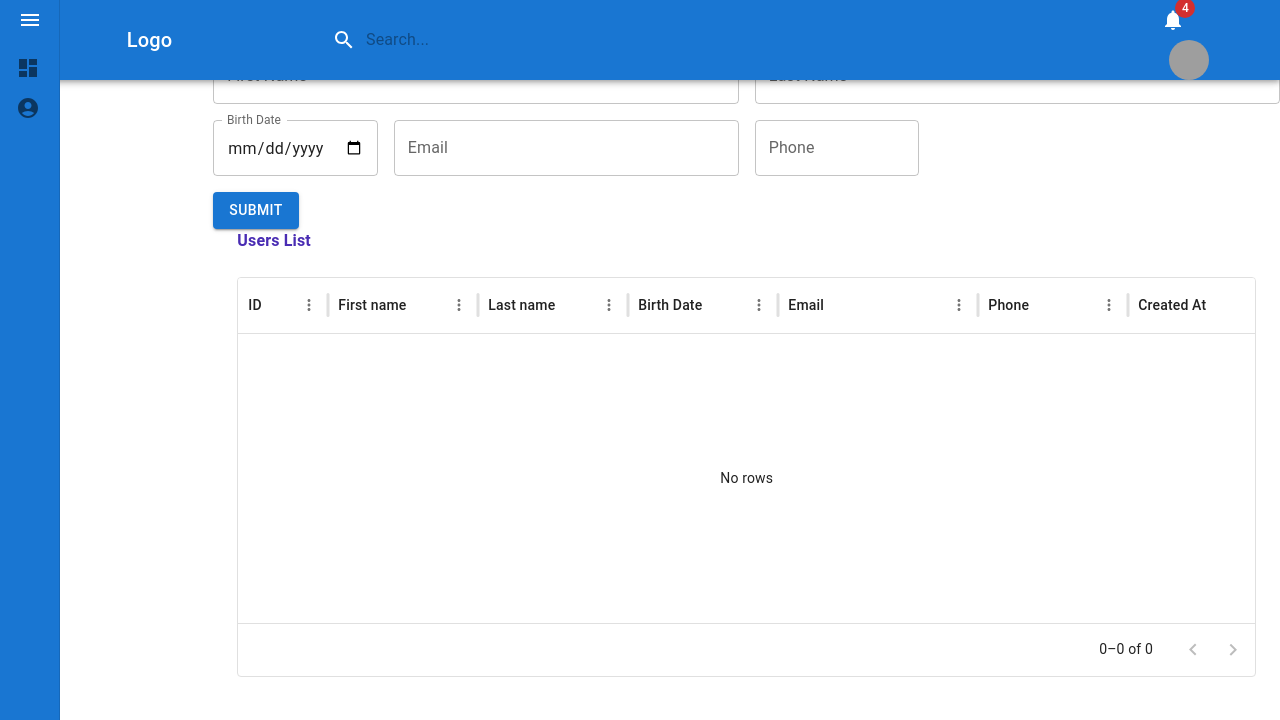
Repository: lenx0/front-client-manager
Page: /
The author's editor kept a copy of each file at every save. The page is drawn from the files as they stood at one save, then again after the next save.
The browser window is 1280 px wide. The pictures show the whole page.
Pictures or frames that could not be fetched are drawn as grey boxes. The page's requests for data from a server got no answer. The project was rebuilt for these pictures with package versions that can differ from the ones it lists, and the page was loaded fresh each time. No one was signed in, and anything a server would have sent is missing. Also part of the build but not shown: vite.config.js, src/App.css.

Above is the page before, as saved 2024-06-25 12:46:27.

### index.html
<!doctype html>
<html lang="en">
  <head>
    <meta charset="UTF-8" />
    <meta name="viewport" content="width=device-width, initial-scale=1.0" />
    <title>Client Manager</title>
  </head>
  <body>
    <div id="root"></div>
    <script type="module" src="/src/main.jsx"></script>
  </body>
</html>

### src/App.jsx
import { Box, Grid } from '@mui/material'
import './App.css'
import UserForm from './components/UserForm'
import UserList from './components/UserList'
import Header from './components/Layout/Header'
import Sidebar from './components/Layout/Sidebar'

function App() {

  return (
    <Grid container>
      <Grid item xs={12}>
        <Header />
      </Grid>
      <Grid item xs={2}>
        <Sidebar />
      </Grid>
      <Grid item xs={10}>
        <UserForm />
        <UserList />
      </Grid>
    </Grid>
  )
}

export default App

### src/components/UserForm.jsx
import React from 'react';
import { useForm } from 'react-hook-form';
import CustomInput from './CustomInput';
import { Button, Grid, Typography } from '@mui/material';
import axios from 'axios';

const UserForm = () => {
  const { handleSubmit, control, reset } = useForm();

  const onSubmit = async (data) => {
    try {
      const response = await axios.post('http://localhost:3100/v1/users/create', data);
      console.log('Dados enviados com sucesso:', response.data);
      reset();
    } catch (error) {
      console.error('Erro ao enviar dados:', error);
    }
  };

  return (
    <Grid container direction="column" xs={12}>
      <Typography fontWeight={700} pb={3} color="#492cb3">
        General Details
      </Typography>
      <form onSubmit={handleSubmit(onSubmit)}>
        <Grid container spacing={2}>
          <Grid item xs={6}>
            <CustomInput
              name="firstName"
              control={control}
              label="First Name"
              rules={{ required: 'First name is required' }}
            />
          </Grid>
          <Grid item xs={6}>
            <CustomInput
              name="lastName"
              control={control}
              label="Last Name"
              rules={{ required: 'Last name is required' }}
            />
          </Grid>
          <Grid item xs={2}>
            <CustomInput
              name="birthDate"
              control={control}
              label="Birth Date"
              placeHolder="none"
              type="date"
              rules={{ required: 'Birth date is required' }}
              defaultValue=""
            />
          </Grid>
          <Grid item xs={4}>
            <CustomInput
              name="email"
              control={control}
              label="Email"
              type="email"
              rules={{
                required: 'Email is required',
                pattern: {
                  value: /^[a-zA-Z0-9_.+-]+@[a-zA-Z0-9-]+\.[a-zA-Z0-9-.]+$/,
                  message: 'Enter a valid email address',
                },
              }}
            />
          </Grid>
          <Grid item xs={2}>
            <CustomInput
              name="phone"
              control={control}
              label="Phone"
              rules={{ required: 'Phone number is required' }}
            />
          </Grid>
          <Grid item xs={12}>
            <Button type="submit" variant="contained" color="primary">
              Submit
            </Button>
          </Grid>
        </Grid>
      </form>
    </Grid>
  );
};

export default UserForm;

### src/components/UserList/index.jsx
import React, { useState, useEffect } from 'react';
import { DataGrid } from '@mui/x-data-grid';
import axios from 'axios';
import { Box, Container, Typography } from '@mui/material';

const UserList = () => {
  const [users, setUsers] = useState([]);
  const [loading, setLoading] = useState(true);

  useEffect(() => {
    const fetchUsers = async () => {
      try {
        const response = await axios.get('http://localhost:3100/v1/users/list');
        setUsers(response.data);
        setLoading(false);
      } catch (error) {
        console.error('Erro ao buscar usuários:', error);
        setLoading(false);
      }
    };

    fetchUsers();
  }, []);

  const columns = [
    { field: 'id', headerName: 'ID', width: 90 },
    { field: 'firstName', headerName: 'First name', width: 150 },
    { field: 'lastName', headerName: 'Last name', width: 150 },
    { field: 'birthDate', headerName: 'Birth Date', width: 150 },
    { field: 'email', headerName: 'Email', width: 200 },
    { field: 'phone', headerName: 'Phone', width: 150 },
    { field: 'moment', headerName: 'Created At', width: 180 },
  ];

  const rows = users.map((user, index) => ({
    id: index + 1,
    ...user,
  }));

  return (
    <Container>
      <Typography fontWeight={700} pb={3} color="#492cb3">Users List</Typography>
      <Box style={{ height: 400, width: '100%' }}>
        <DataGrid
          rows={rows}
          columns={columns}
          pageSize={5}
          rowsPerPageOptions={[5]}
          loading={loading}
          pagination
          paginationMode="client"
          initialState={{
            pagination: {
              paginationModel: { page: 1, pageSize: 5 }
            },
            sorting: {
              sortModel: [{ field: 'orderDate', sort: 'desc' }]
            }
          }}
        />
      </Box>
    </Container>
  );
};

export default UserList;

### src/components/Layout/Header.jsx
import React from 'react';
import { AppBar, Toolbar, Typography, InputBase, IconButton, Badge, Avatar, Grid } from '@mui/material';
import { Menu as MenuIcon, Search as SearchIcon, Notifications as NotificationsIcon, AccountCircle as AccountCircleIcon } from '@mui/icons-material';

const Header = () => {
  return (
    <AppBar position="fixed" sx={{ bgcolor: 'primary.main' }}>
      <Toolbar>
        <Grid container alignItems="center">
          <Grid item xs={1}>
            <IconButton
              size="large"
              edge="start"
              color="inherit"
              aria-label="open drawer"
            >
              <MenuIcon />
            </IconButton>
          </Grid>
          <Grid item xs={2}>
            <Typography variant="h6" noWrap>
              Logo
            </Typography>
          </Grid>
          <Grid item xs={8}>
            <div style={{ display: 'flex', alignItems: 'center' }}>
              <SearchIcon style={{ marginRight: '10px' }} />
              <InputBase
                placeholder="Search..."
                inputProps={{ 'aria-label': 'search' }}
                fullWidth
              />
            </div>
          </Grid>
          <Grid item xs={1}>
            <IconButton color="inherit">
              <Badge badgeContent={4} color="error">
                <NotificationsIcon />
              </Badge>
            </IconButton>
            <Avatar alt="User Avatar" src="/avatar.jpg" sx={{ ml: 2 }} />
          </Grid>
        </Grid>
      </Toolbar>
    </AppBar>
  );
};

export default Header;

### src/components/Layout/Sidebar.jsx
import React, { useState } from 'react';
import { Drawer, List, ListItem, ListItemIcon, ListItemText, IconButton } from '@mui/material';
import { Dashboard as DashboardIcon, AccountCircle as AccountCircleIcon, Menu as MenuIcon } from '@mui/icons-material';

const Sidebar = () => {
  const [open, setOpen] = useState(false);

  const toggleDrawer = () => {
    setOpen(!open);
  };

  return (
    <Drawer
      variant="permanent"
      sx={{
        width: open ? 240 : 60, // Altera a largura do Drawer com base no estado 'open'
        flexShrink: 0,
        '& .MuiDrawer-paper': {
          width: open ? 240 : 60, // Largura do Drawer-paper ajustável
          boxSizing: 'border-box',
          bgcolor: 'primary.main', // Cor de fundo da sidebar
          color: 'white', // Cor dos textos na sidebar
        },
      }}
    >
      <IconButton onClick={toggleDrawer} sx={{ color: 'white', justifyContent: 'center' }}>
        <MenuIcon />
      </IconButton>
      <List>
        <ListItem button>
          <ListItemIcon>
            <DashboardIcon />
          </ListItemIcon>
          {open && <ListItemText primary="Dashboard" />}
        </ListItem>
        <ListItem button>
          <ListItemIcon>
            <AccountCircleIcon />
          </ListItemIcon>
          {open && <ListItemText primary="Profile" />}
        </ListItem>
      </List>
    </Drawer>
  );
};

export default Sidebar;

### src/components/CustomInput.jsx
import React from 'react';
import { Controller } from 'react-hook-form';
import TextField from '@mui/material/TextField';

const CustomInput = ({ name, control, label, type = 'text', rules, defaultValue = '' }) => {
  return (
    <Controller
      name={name}
      control={control}
      defaultValue={defaultValue}
      rules={rules}
      render={({ field, fieldState: { error } }) => (
        <TextField
          {...field}
          label={label}
          type={type}
          error={!!error}
          helperText={error ? error.message : null}
          variant="outlined"
          InputLabelProps={type === 'date' ? { shrink: true } : {}}
          fullWidth
        />
      )}
    />
  );
};

export default CustomInput;

Loaded but not shown: src/main.jsx (common file); src/index.css (common file)

After the next save:
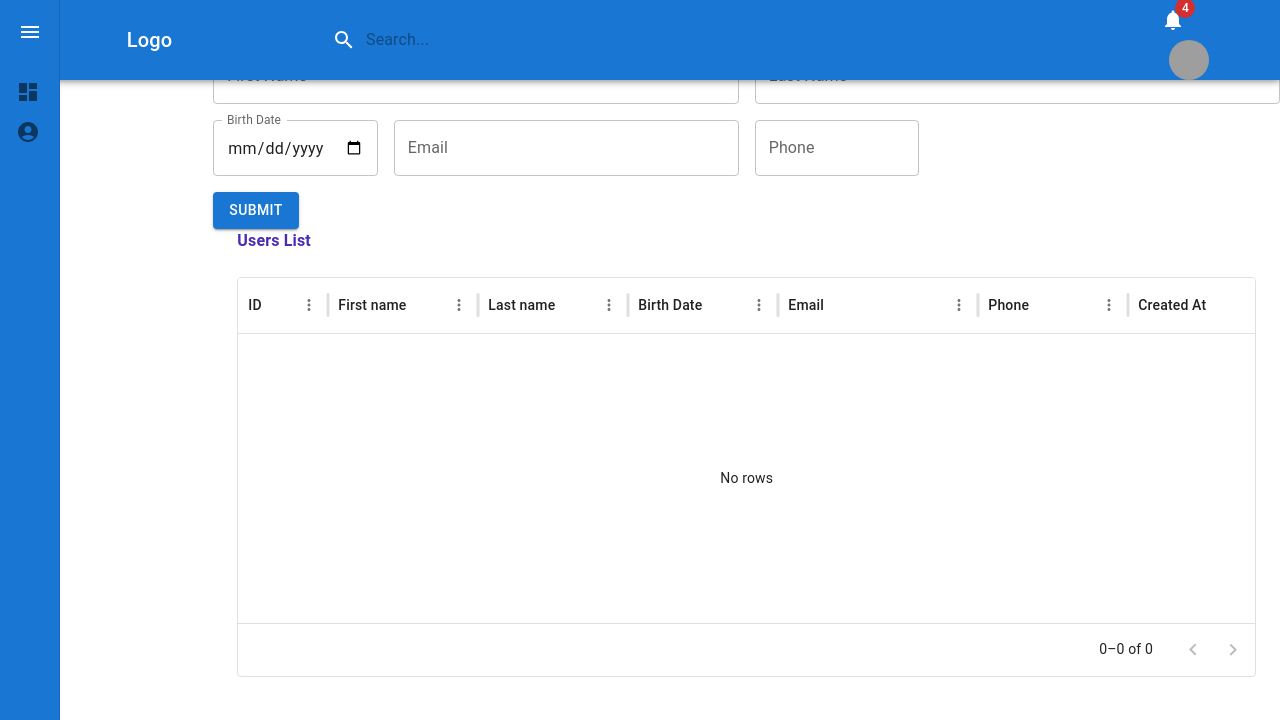
Saved 118 s later.
--- a/src/components/Layout/Sidebar.jsx
+++ b/src/components/Layout/Sidebar.jsx
@@ -9,31 +9,38 @@ const Sidebar = () => {
     setOpen(!open);
   };
 
+  const handleListItemClick = () => {
+    setOpen(true); // Expande o Drawer ao clicar em qualquer item da lista
+  };
+
   return (
     <Drawer
       variant="permanent"
       sx={{
-        width: open ? 240 : 60, // Altera a largura do Drawer com base no estado 'open'
+        width: open ? 240 : 60,
         flexShrink: 0,
+        transition: 'width 0.2s ease', // Transição suave de largura
         '& .MuiDrawer-paper': {
-          width: open ? 240 : 60, // Largura do Drawer-paper ajustável
+          width: open ? 240 : 60,
           boxSizing: 'border-box',
-          bgcolor: 'primary.main', // Cor de fundo da sidebar
-          color: 'white', // Cor dos textos na sidebar
+          bgcolor: 'primary.main',
+          color: 'white',
         },
       }}
     >
-      <IconButton onClick={toggleDrawer} sx={{ color: 'white', justifyContent: 'center' }}>
-        <MenuIcon />
-      </IconButton>
+      <div style={{ display: 'flex', justifyContent: 'center', alignItems: 'center', height: '64px' }}>
+        <IconButton onClick={toggleDrawer} sx={{ color: 'white' }}>
+          <MenuIcon />
+        </IconButton>
+      </div>
       <List>
-        <ListItem button>
+        <ListItem button onClick={handleListItemClick}>
           <ListItemIcon>
             <DashboardIcon />
           </ListItemIcon>
           {open && <ListItemText primary="Dashboard" />}
         </ListItem>
-        <ListItem button>
+        <ListItem button onClick={handleListItemClick}>
           <ListItemIcon>
             <AccountCircleIcon />
           </ListItemIcon>
